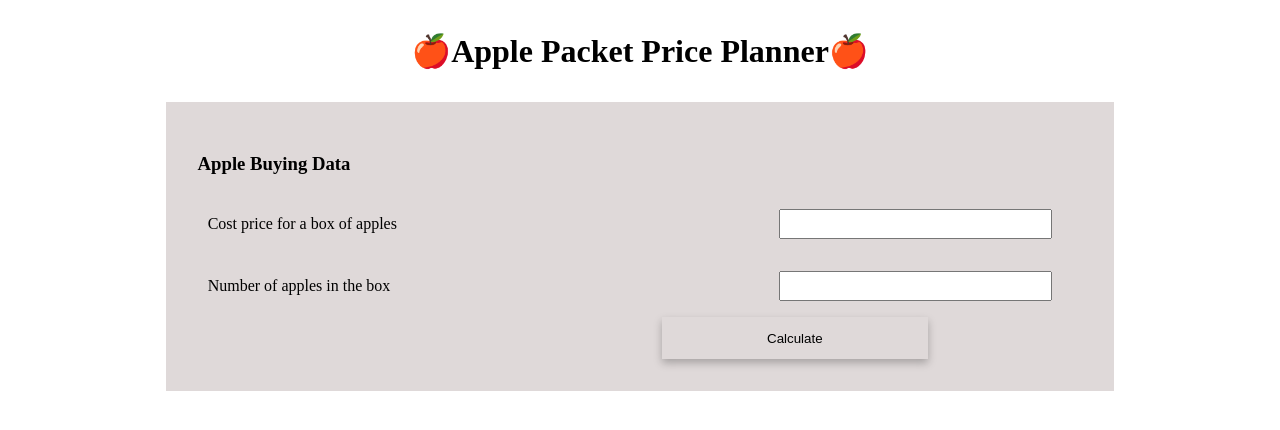
Repository: lasity34/apple-packet-price-planner
Page: index.html
An editor plug-in stored every save of this project. The page is shown before and after the next save, followed by the edit.
The browser window is 1280 px wide. The pictures show the whole page.

Above is the page before, as saved 2023-05-29 10:20:41.

After the next save:
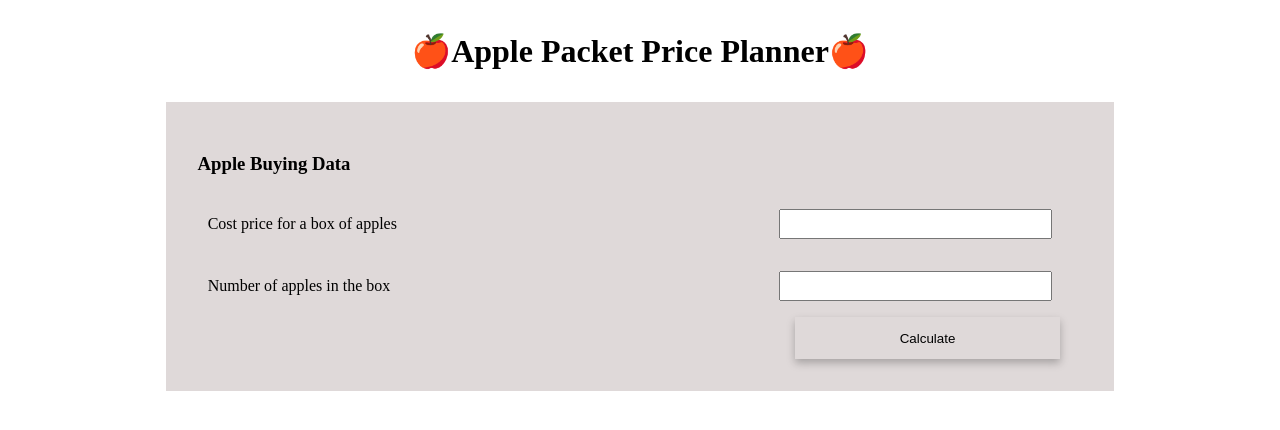
Saved 19 s later.
--- a/style.css
+++ b/style.css
@@ -37,6 +37,10 @@ main {
 
 }
 
+.btn_container div {
+    width: 60%;
+}
+
 .calculate_btn {
     background-color: rgb(223, 217, 217);
     width: 30%;
